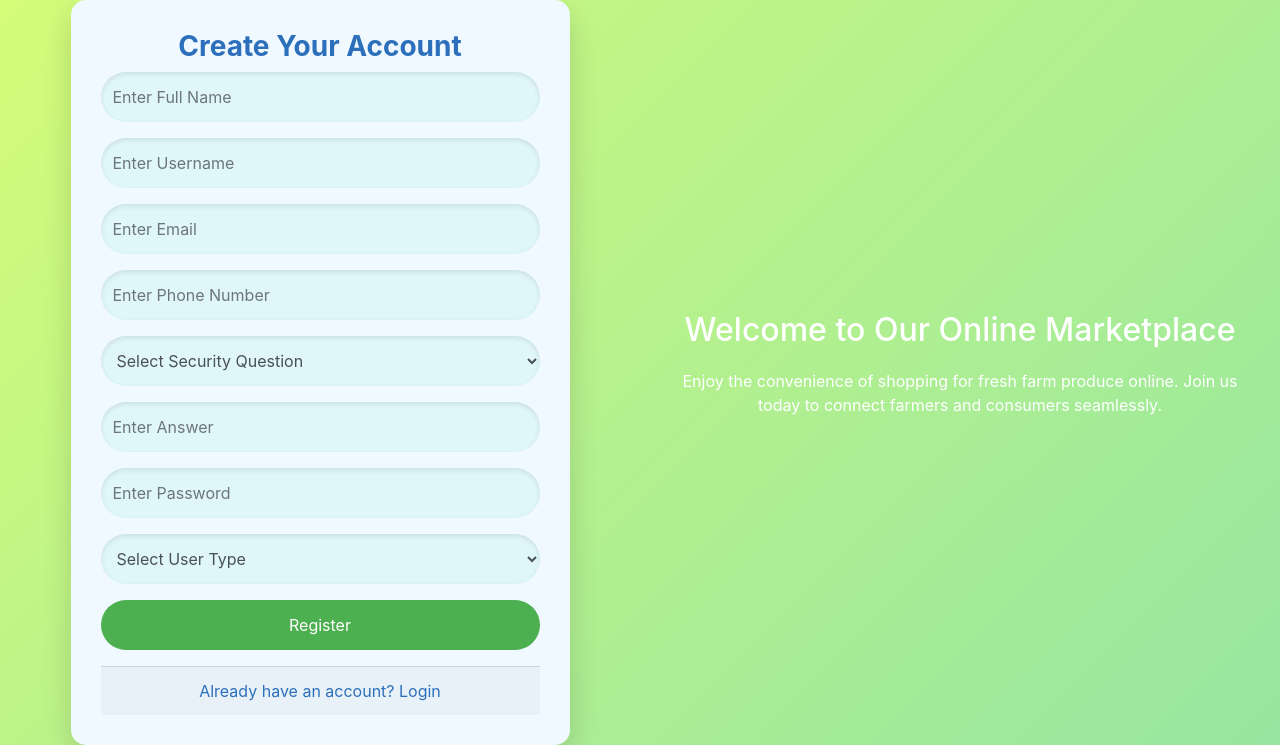
Repository: Dineshbabu290904/DigiMart
Page: http://localhost/DigiMart/signup.jsp
An editor plug-in stored every save of this project. The page is shown before and after the next save, followed by the edit.
The browser window is 1280 px wide. The pictures show the whole page.
Some web libraries are served in a nearby version. The page is served by Tomcat 9. Other server files are loaded and not shown.

Above is the page before, as saved 2024-10-16 15:25:20.

### DigiMart/src/main/webapp/signup.jsp
<!DOCTYPE html>
<html lang="en">
<head>
    <meta charset="UTF-8">
    <meta name="viewport" content="width=device-width, initial-scale=1.0">
    <title>Signup</title>
    <!-- Bootstrap CSS CDN -->
    <link href="https://stackpath.bootstrapcdn.com/bootstrap/4.5.2/css/bootstrap.min.css" rel="stylesheet">
    <!-- Custom CSS -->
    <style>
        body {
            background: linear-gradient(135deg, #d4fc79 0%, #96e6a1 100%); /* Light green gradient */
            display: flex;
            min-height: 100vh;
        }
        .signup-section {
            display: flex;
            align-items: center;
            justify-content: center;
            min-height: 100vh;
        }
        .signup-card {
            border-radius: 15px;
            background: #f0f9ff; /* Light blue background */
            padding: 30px;
            box-shadow: 0 12px 30px rgba(0, 0, 0, 0.15); /* Soft shadow */
            transition: transform 0.3s ease;
        }
        .signup-card:hover {
            transform: translateY(-5px); /* Subtle hover lift */
        }
        .signup-card h3 {
            font-weight: bold;
            color: #2c6fbb; /* Cool blue for headings */
        }
        .signup-card .form-control {
            border-radius: 25px;
            height: 50px;
            background-color: #e0f7fa; /* Light cyan background for inputs */
            border: none;
            box-shadow: inset 0 2px 5px rgba(0, 0, 0, 0.1);
        }
        .btn-custom {
            border-radius: 25px;
            padding: 12px 25px;
            background-color: #4caf50; /* Light green button */
            color: white;
        }
        .card-footer a {
            color: #2c6fbb;
        }
        .description-section {
            text-align: center;
            color: white;
            padding: 40px;
        }
        .description-section h2 {
            font-size: 2rem;
            margin-bottom: 20px;
        }
    </style>
</head>
<body>

<div class="container-fluid">
    <div class="row signup-section">
        <!-- Left Side: Signup Form -->
        <div class="col-md-6 d-flex align-items-center justify-content-center">
            <div class="signup-card">
                <h3 class="text-center">Create Your Account</h3>
                <form action="signup" method="post">
                    <div class="form-group">
                        <input type="text" class="form-control" id="name" name="name" placeholder="Enter Full Name" required>
                    </div>
                    <div class="form-group">
                        <input type="text" class="form-control" id="username" name="username" placeholder="Enter Username" required>
                    </div>
                    <div class="form-group">
                        <input type="email" class="form-control" id="email" name="email" placeholder="Enter Email" required>
                    </div>
                    <div class="form-group">
                        <input type="text" class="form-control" id="phone" name="phone" placeholder="Enter Phone Number">
                    </div>
                    <div class="form-group">
                        <select class="form-control" name="securityQuestion" required>
                            <option value="" disabled selected>Select Security Question</option>
                            <option value="What was your first car?">What was your first car?</option>
                            <option value="What is the name of your first pet?">What is the name of your first pet?</option>
                            <option value="What elementary school did you attend?">What elementary school did you attend?</option>
                            <option value="What is the name of the town where you were born?">What is the name of the town where you were born?</option>
                        </select>
                    </div>
                    <div class="form-group">
                        <input type="text" class="form-control" name="answer" placeholder="Enter Answer" required>
                    </div>
                    <div class="form-group">
                        <input type="password" class="form-control" id="password" name="password" placeholder="Enter Password" required>
                    </div>
                    <div class="form-group">
                        <select class="form-control" id="user_type" name="user_type" required>
                            <option value="" disabled selected>Select User Type</option>
                            <option value="Farmer">Farmer</option>
                            <option value="Consumer">Consumer</option>
                            <option value="Retailer">Retailer</option>
                        </select>
                    </div>
                    <button type="submit" class="btn btn-custom btn-block">Register</button>
                </form>
                <div class="card-footer text-center mt-3">
                    <a href="login.jsp">Already have an account? Login</a>
                </div>
            </div>
        </div>

        <!-- Right Side: Description -->
        <div class="col-md-6 d-none d-md-flex align-items-center justify-content-center description-section">
            <div>
                <h2>Welcome to Our Online Marketplace</h2>
                <p>Enjoy the convenience of shopping for fresh farm produce online. Join us today to connect farmers and consumers seamlessly.</p>
            </div>
        </div>
    </div>
</div>

<!-- Bootstrap JS and dependencies -->
<script src="https://code.jquery.com/jquery-3.5.1.slim.min.js"></script>
<script src="https://cdn.jsdelivr.net/npm/@popperjs/core@2.5.3/dist/umd/popper.min.js"></script>
<script src="https://stackpath.bootstrapcdn.com/bootstrap/4.5.2/js/bootstrap.min.js"></script>
</body>
</html>

After the next save:
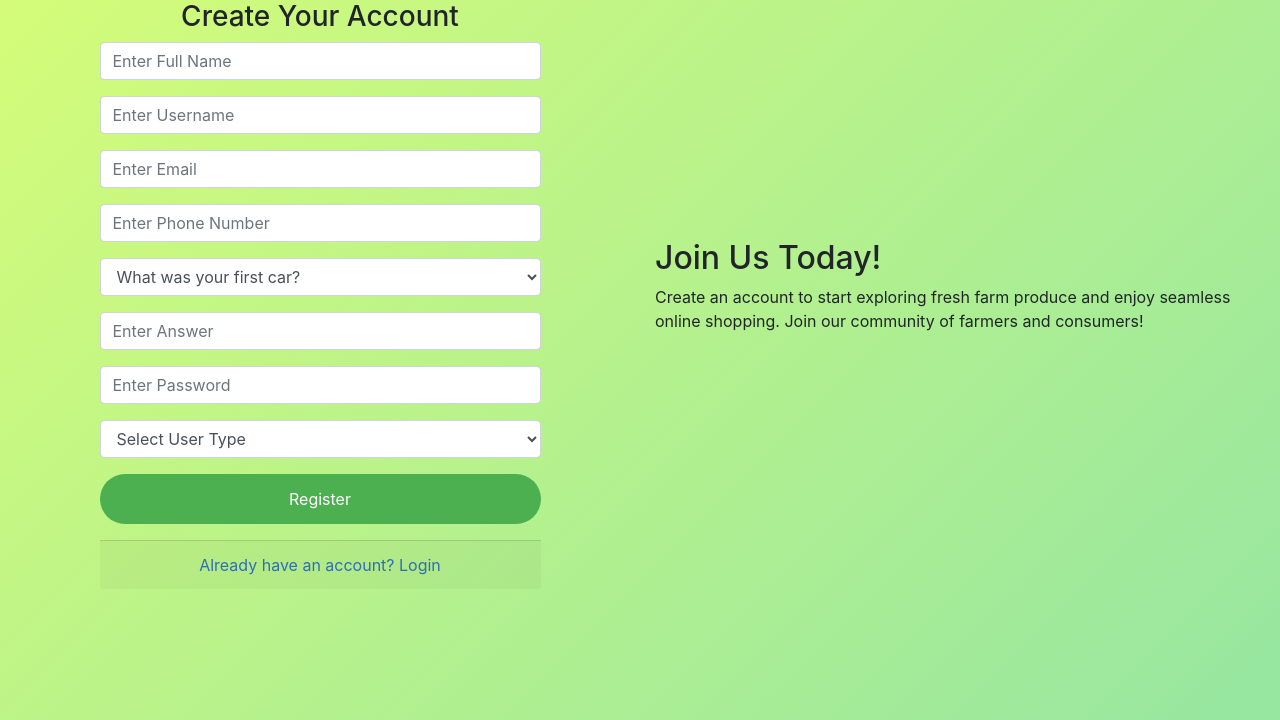
Saved 44 s later.
--- a/DigiMart/src/main/webapp/signup.jsp
+++ b/DigiMart/src/main/webapp/signup.jsp
@@ -63,27 +63,26 @@
 <body>
 
 <div class="container-fluid">
-    <div class="row signup-section">
+    <div class="row section">
         <!-- Left Side: Signup Form -->
         <div class="col-md-6 d-flex align-items-center justify-content-center">
-            <div class="signup-card">
+            <div class="card-custom">
                 <h3 class="text-center">Create Your Account</h3>
                 <form action="signup" method="post">
                     <div class="form-group">
-                        <input type="text" class="form-control" id="name" name="name" placeholder="Enter Full Name" required>
+                        <input type="text" id="name" name="name" class="form-control" placeholder="Enter Full Name" required>
                     </div>
                     <div class="form-group">
-                        <input type="text" class="form-control" id="username" name="username" placeholder="Enter Username" required>
+                        <input type="text" id="username" name="username" class="form-control" placeholder="Enter Username" required>
                     </div>
                     <div class="form-group">
-                        <input type="email" class="form-control" id="email" name="email" placeholder="Enter Email" required>
+                        <input type="email" id="email" name="email" class="form-control" placeholder="Enter Email" required>
                     </div>
                     <div class="form-group">
-                        <input type="text" class="form-control" id="phone" name="phone" placeholder="Enter Phone Number">
+                        <input type="text" id="phone" name="phone" class="form-control" placeholder="Enter Phone Number">
                     </div>
                     <div class="form-group">
-                        <select class="form-control" name="securityQuestion" required>
-                            <option value="" disabled selected>Select Security Question</option>
+                        <select name="securityQuestion" class="form-control" required>
                             <option value="What was your first car?">What was your first car?</option>
                             <option value="What is the name of your first pet?">What is the name of your first pet?</option>
                             <option value="What elementary school did you attend?">What elementary school did you attend?</option>
@@ -91,13 +90,13 @@
                         </select>
                     </div>
                     <div class="form-group">
-                        <input type="text" class="form-control" name="answer" placeholder="Enter Answer" required>
+                        <input type="text" name="answer" class="form-control" placeholder="Enter Answer" required>
                     </div>
                     <div class="form-group">
-                        <input type="password" class="form-control" id="password" name="password" placeholder="Enter Password" required>
+                        <input type="password" id="password" name="password" class="form-control" placeholder="Enter Password" required>
                     </div>
                     <div class="form-group">
-                        <select class="form-control" id="user_type" name="user_type" required>
+                        <select id="user_type" name="user_type" class="form-control" required>
                             <option value="" disabled selected>Select User Type</option>
                             <option value="Farmer">Farmer</option>
                             <option value="Consumer">Consumer</option>
@@ -112,11 +111,11 @@
             </div>
         </div>
 
-        <!-- Right Side: Description -->
-        <div class="col-md-6 d-none d-md-flex align-items-center justify-content-center description-section">
-            <div>
-                <h2>Welcome to Our Online Marketplace</h2>
-                <p>Enjoy the convenience of shopping for fresh farm produce online. Join us today to connect farmers and consumers seamlessly.</p>
+        <!-- Right Side: Description Card for Signup -->
+        <div class="col-md-6 d-none d-md-flex align-items-center justify-content-center">
+            <div class="description-card">
+                <h2>Join Us Today!</h2>
+                <p>Create an account to start exploring fresh farm produce and enjoy seamless online shopping. Join our community of farmers and consumers!</p>
             </div>
         </div>
     </div>
